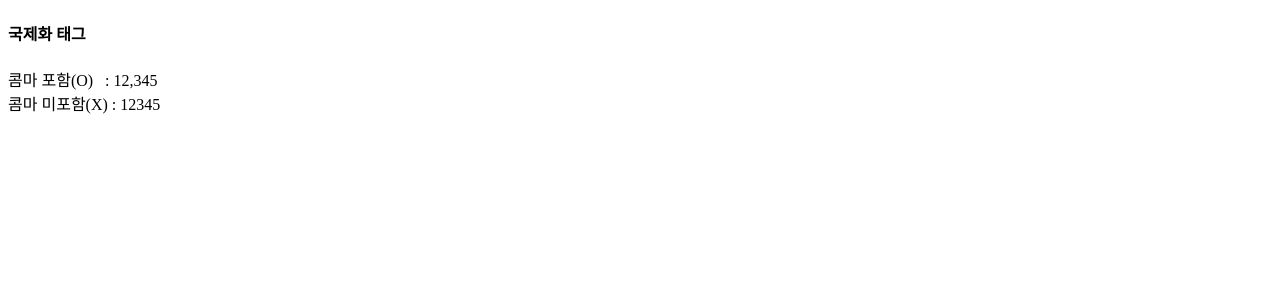
Repository: parkho96/testnum2
Page: http://localhost/jspstudy/11JSTL/Formatting.jsp
An editor plug-in stored every save of this project. The page is shown before and after the next save, followed by the edit.
The browser window is 1280 px wide. The pictures show the whole page.
The page is served by Tomcat 9.

Above is the page before, as saved 2023-04-10 06:45:15.

After the next save:
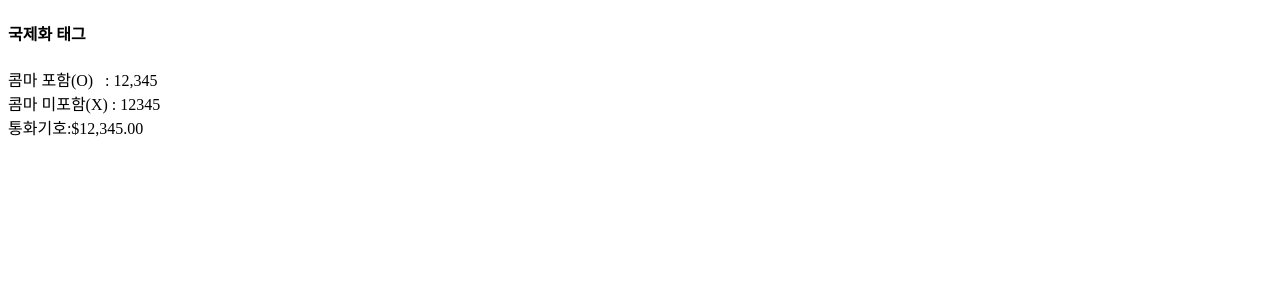
Saved 17 s later.
--- a/workjsp/jspstudy/src/main/webapp/11JSTL/Formatting.jsp
+++ b/workjsp/jspstudy/src/main/webapp/11JSTL/Formatting.jsp
@@ -14,6 +14,6 @@
 	콤마 포함(O)&nbsp;&nbsp; : <fmt:formatNumber value="${number1}"/><br>
 	콤마 미포함(X) : <fmt:formatNumber value="${number1}" groupingUsed="false"/><br>
 	<fmt:formatNumber value="${number1}" type="currency" currencySymbol="$" var="print1"/>
-
+	통화기호:${print1}
 </body>
 </html>
